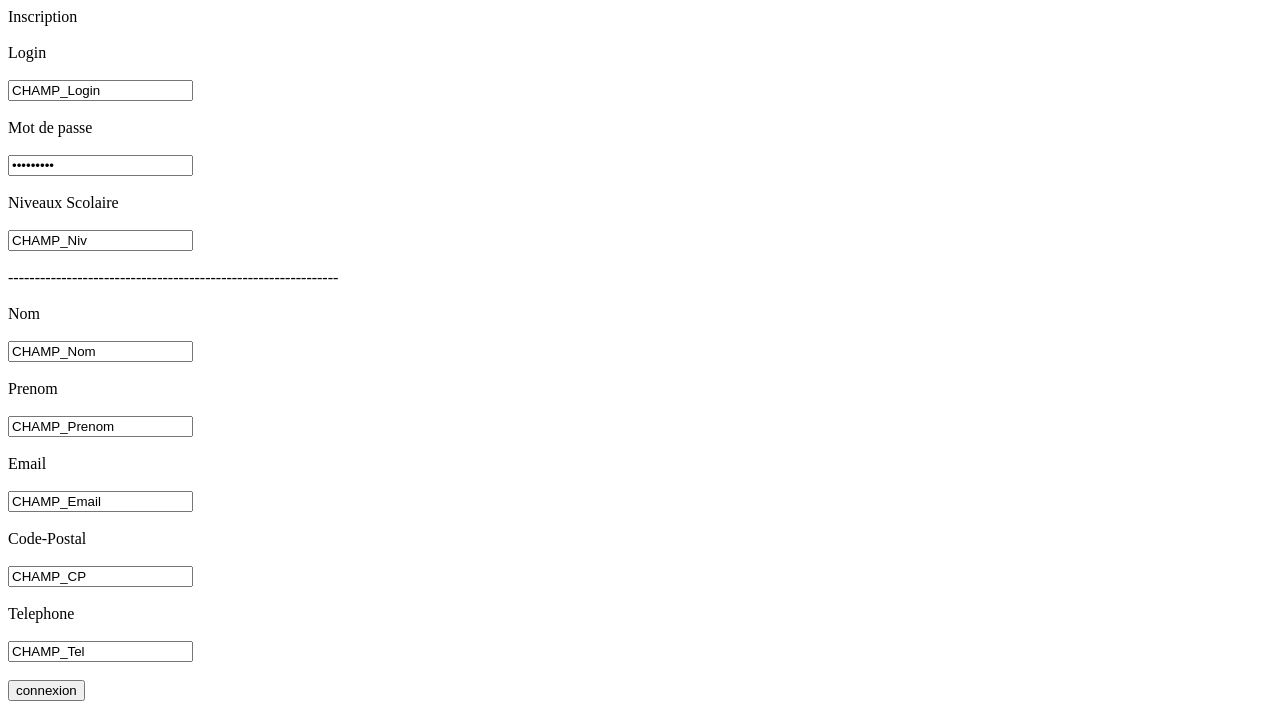
Repository: AntoAnt/WikiScolaire-
Page: http://localhost/InterfaceWikiScolair/Inscription.jsp
These files come from the project's save history. The page is drawn as it stood at one moment and after the next save; the edit follows.
The browser window is 1280 px wide. The pictures show the whole page.
The page is served by Tomcat 9.

Above is the page before, as saved 2017-04-18 15:07:24.

After the next save:
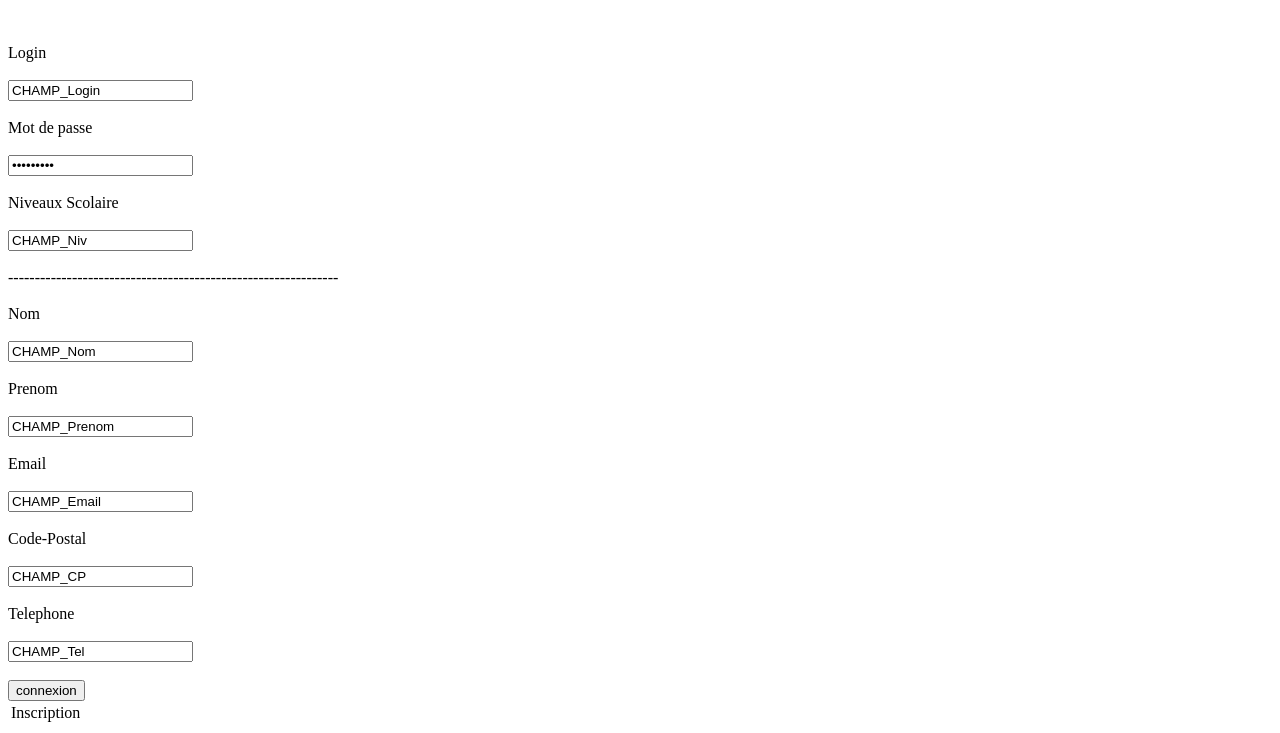
Saved 27 s later.
--- a/InterfaceWikiScolair/WebContent/Inscription.jsp
+++ b/InterfaceWikiScolair/WebContent/Inscription.jsp
@@ -8,7 +8,8 @@
 </head>
 <body>
 <form method="post" action="/InterfaceWikiScolair/ControleurPrincipal?idaction=authentification">
-Inscription<br></br>
+<table>
+			<td>Inscription</td><br></br>
 Login<br></br>
 <input type="text" value="CHAMP_Login" ><br></br>
 Mot de passe <br></br>

After the save that followed:
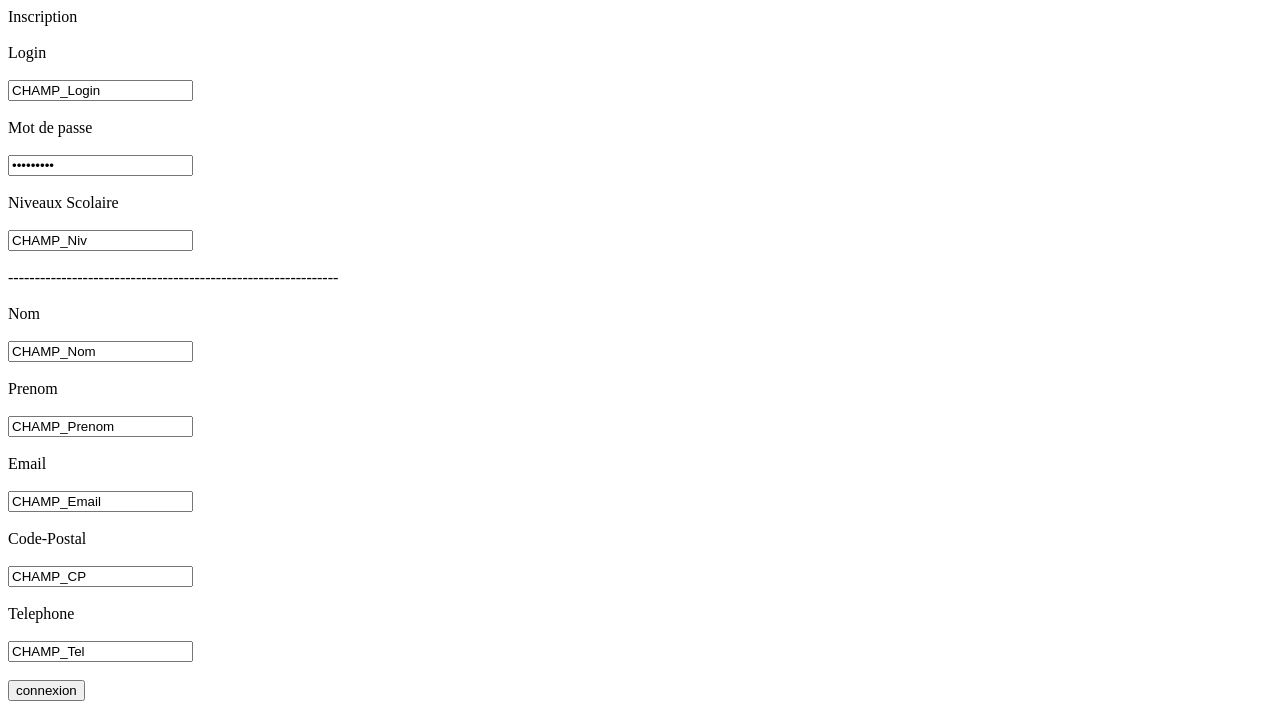
Saved 19 s later.
--- a/InterfaceWikiScolair/WebContent/Inscription.jsp
+++ b/InterfaceWikiScolair/WebContent/Inscription.jsp
@@ -8,8 +8,7 @@
 </head>
 <body>
 <form method="post" action="/InterfaceWikiScolair/ControleurPrincipal?idaction=authentification">
-<table>
-			<td>Inscription</td><br></br>
+Inscription<br></br>
 Login<br></br>
 <input type="text" value="CHAMP_Login" ><br></br>
 Mot de passe <br></br>
